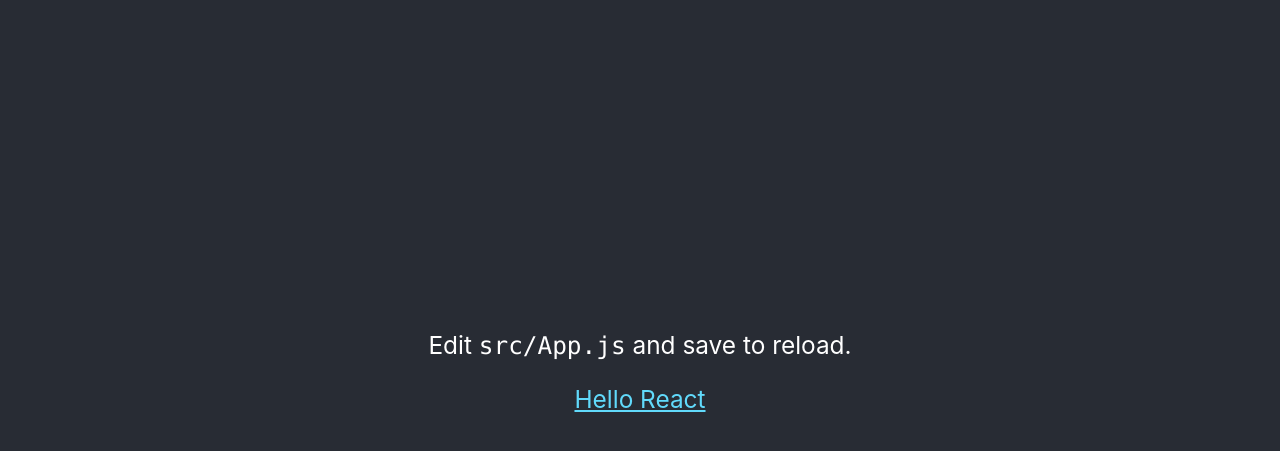
Repository: WidthYou/testDocker
Page: /
The author's editor kept a copy of each file at every save. The page is drawn from the files as they stood at one save, then again after the next save.
The browser window is 1280 px wide. The pictures show the whole page.
The project was rebuilt for these pictures with package versions that can differ from the ones it lists, and the page was loaded fresh each time.

Above is the page before, as saved 2021-04-26 13:47:30.

### src/App.js
import logo from './logo.svg';
import './App.css';

function App() {
  return (
    <div className="App">
      <header className="App-header">
        {/* <img src={logo} className="App-logo" alt="logo" /> */}
        <p>
          Edit <code>src/App.js</code> and save to reload.
        </p>
        <a
          className="App-link"
          href="https://reactjs.org"
          target="_blank"
          rel="noopener noreferrer"
        >
          Hello React
        </a>
      </header>
    </div>
  );
}

export default App;

Loaded but not shown: public/index.html (common file); src/index.js (common file); src/index.css (common file); src/reportWebVitals.js (common file); src/App.css (common file)

After the next save:
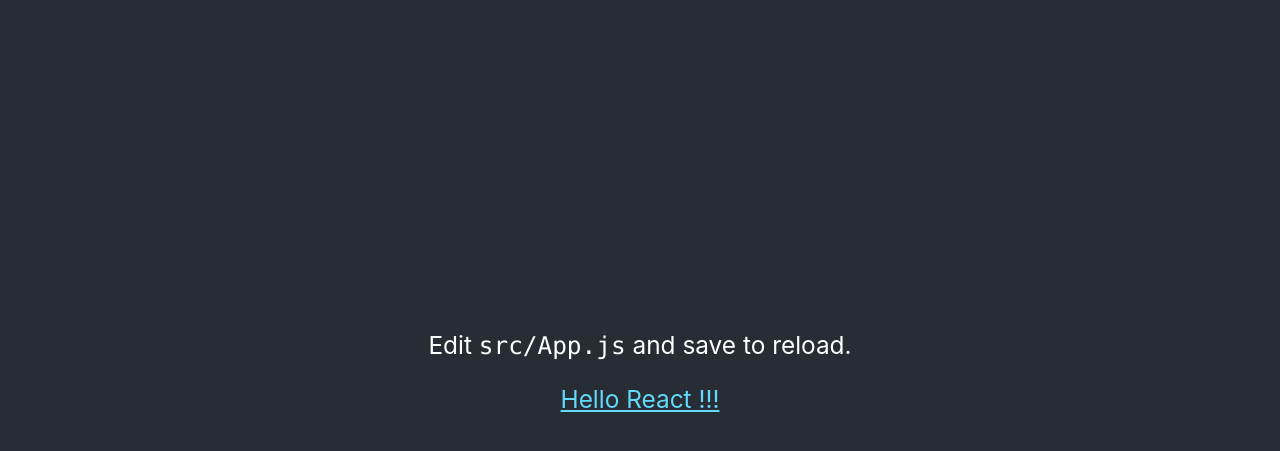
Saved 13 min 36 s later.
--- a/src/App.js
+++ b/src/App.js
@@ -15,7 +15,7 @@
           target="_blank"
           rel="noopener noreferrer"
         >
-          Hello React
+          Hello React !!!
         </a>
       </header>
     </div>
